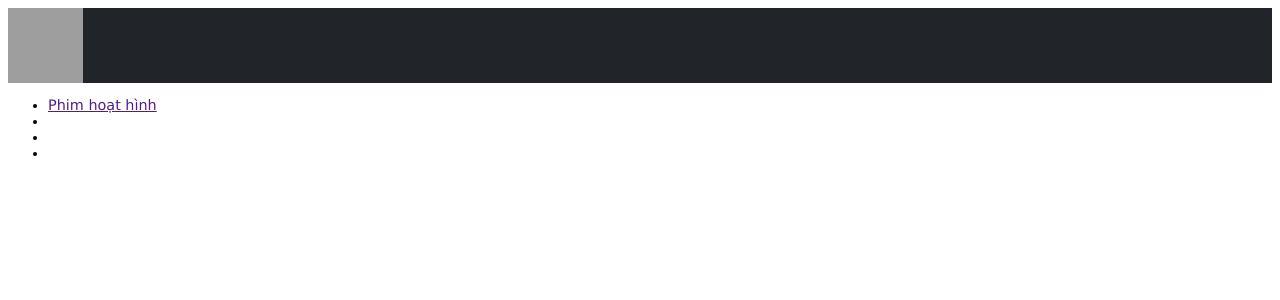
Repository: congle98/CSS_WebXemPhimYoutube
Page: index.html
The author's editor kept a copy of each file at every save. The page is drawn from the files as they stood at one save, then again after the next save.
The browser window is 1280 px wide. The pictures show the whole page.
Pictures or frames that could not be fetched are drawn as grey boxes.

Above is the page before, as saved 2021-05-26 17:01:49.

After the next save:
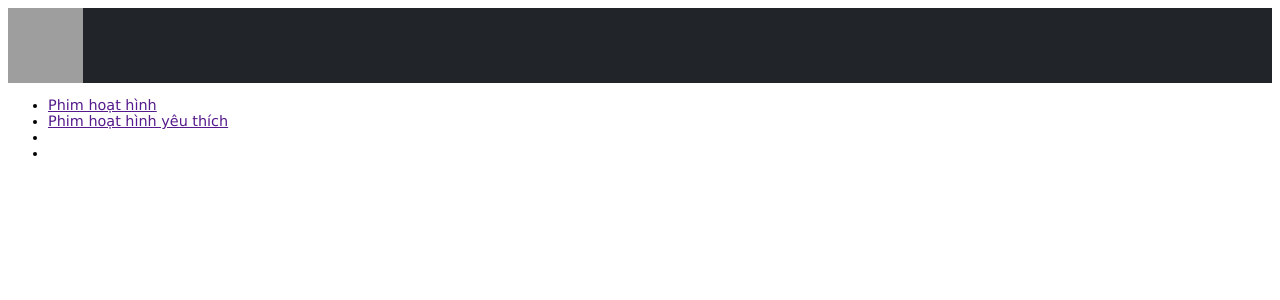
Saved 24 s later.
--- a/index.html
+++ b/index.html
@@ -46,7 +46,7 @@
     <div class="head-link">
         <ul class="header-link-list">
             <li class="header-link-item"><a href="">Phim hoạt hình</a></li>
-            <li class="header-link-item"><a href=""></a></li>
+            <li class="header-link-item"><a href="">Phim hoạt hình yêu thích</a></li>
             <li class="header-link-item"><a href=""></a></li>
             <li class="header-link-item"><a href=""></a></li>
         </ul>
